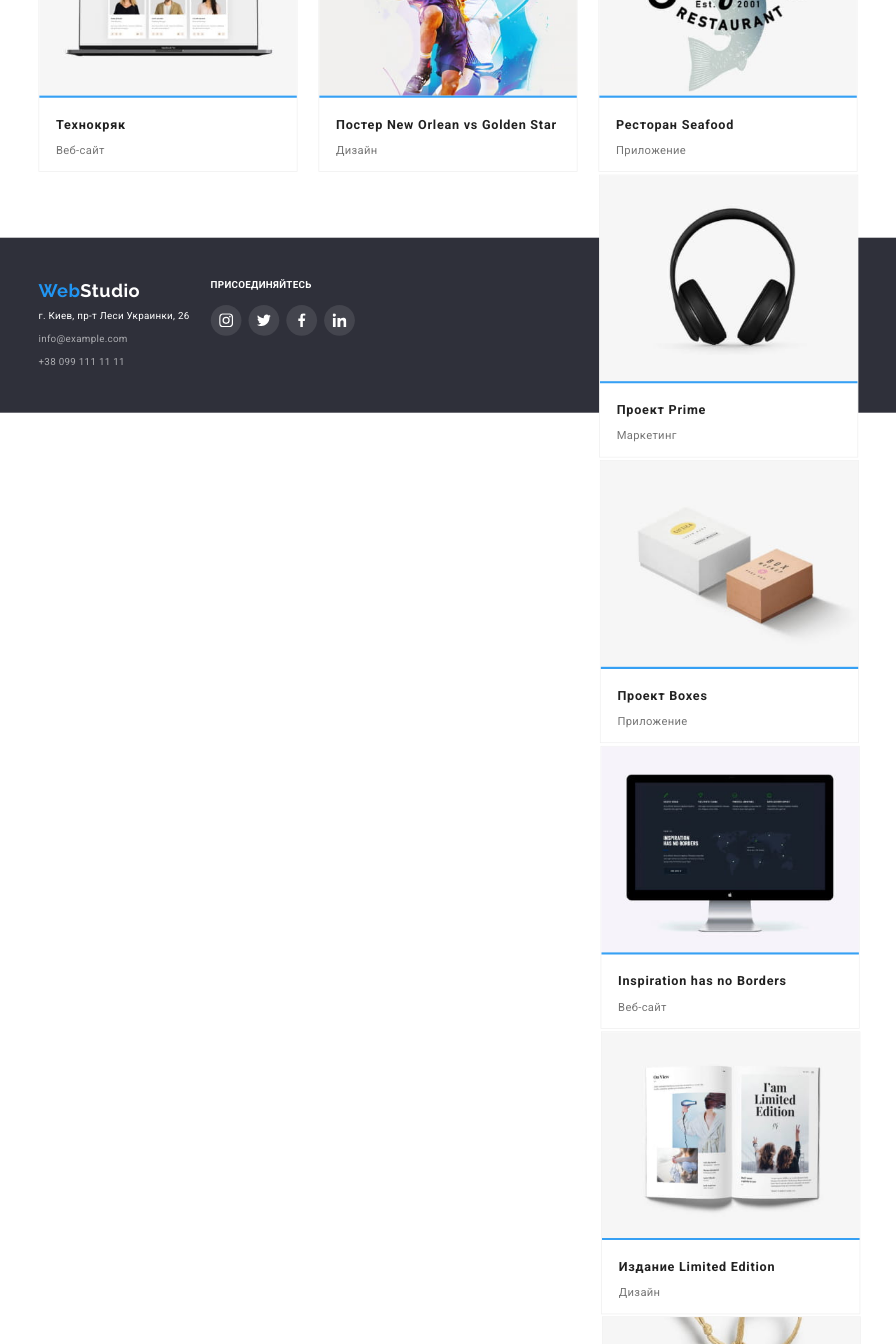
Repository: UliyaKucherernko/home-work-8
Page: porfolio.html
The author's editor kept a copy of each file at every save. The page is drawn from the files as they stood at one save, then again after the next save.
The browser window is 1280 px wide. The pictures show the part of the page from y = 411 to 2331 px (the page is 3108 px tall before and 3134 px after), at 70% of full size.

Above is the page before, as saved 2021-04-14 12:09:44.

After the next save:
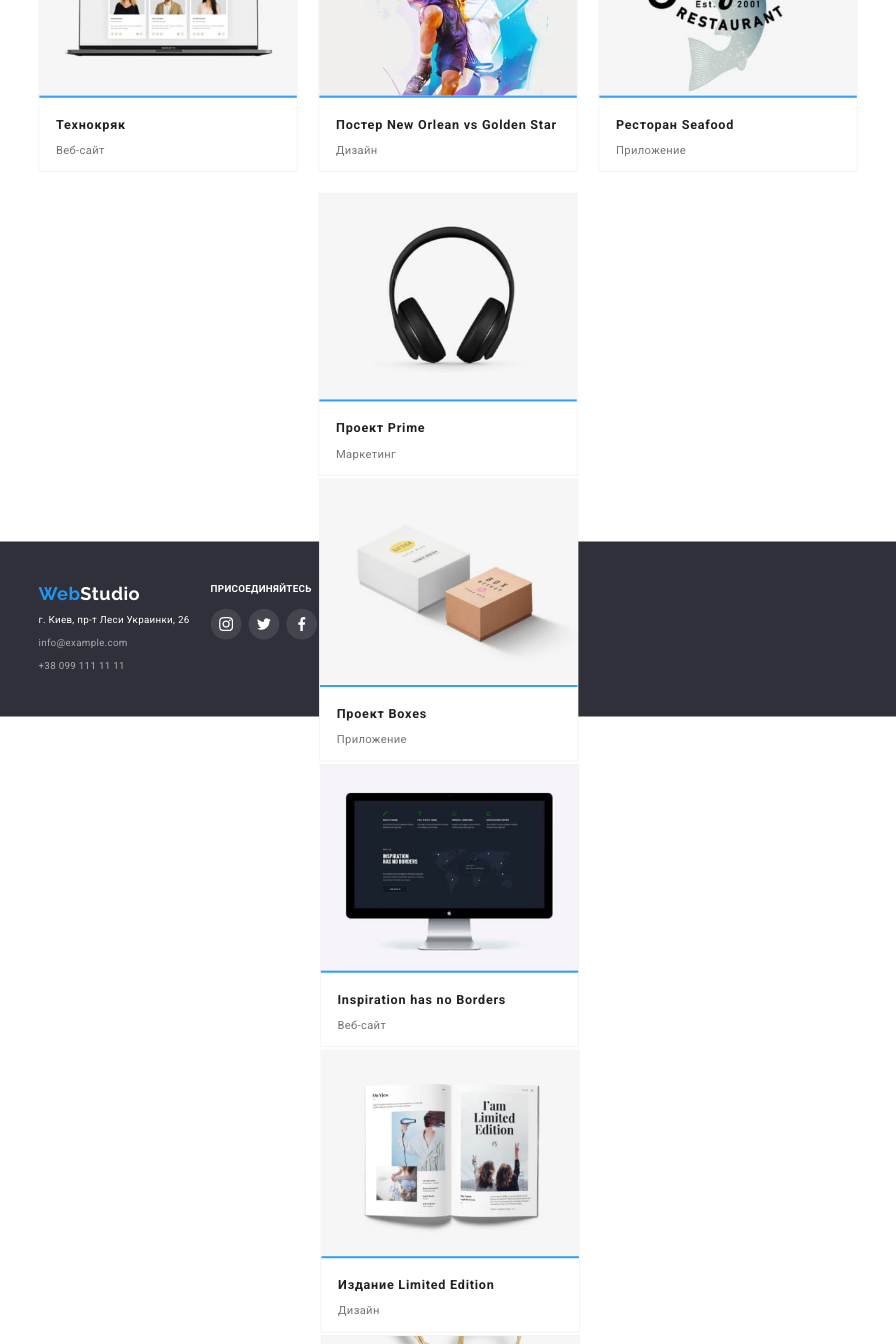
Saved 3 min 23 s later.
--- a/porfolio.html
+++ b/porfolio.html
@@ -94,20 +94,21 @@
                      <h3 class="filtrs">Постер New Orlean vs Golden Star</h3>
                         <p class="main-filtrs">Дизайн</p>
                   </div>
-
-      </div>
-                  <div class="gallery-card">
-                     <div class="gallery-thumb">
-               <li><img src="./images/3-seafood.jpg" alt="рыбный ресторан" width="370">
-                  <div class="gallery-overlay">
+      </div>
+
+      <div class="gallery-card">
+         <div class="gallery-thumb">
+            <li><img src="./images/3-seafood.jpg" alt="рыбный ресторан" width="370">
+               <div class="gallery-overlay">
                      <p class="gallery-text-overlay">3</p>
+               </div>
+            </li>
+         </div>
+                  <div class="gallery-names">
+                     <h3 class="filtrs">Ресторан Seafood</h3>
+                     <p class="main-filtrs">Приложение</p>
                   </div>
-                  </li>
-                  </div>
-                      <div class="gallery-names">
-                         <h3 class="filtrs">Ресторан Seafood</h3>
-                       <p class="main-filtrs">Приложение</p>
-                   </div>
+      </div>
 
 
                   <div class="gallery-card">
